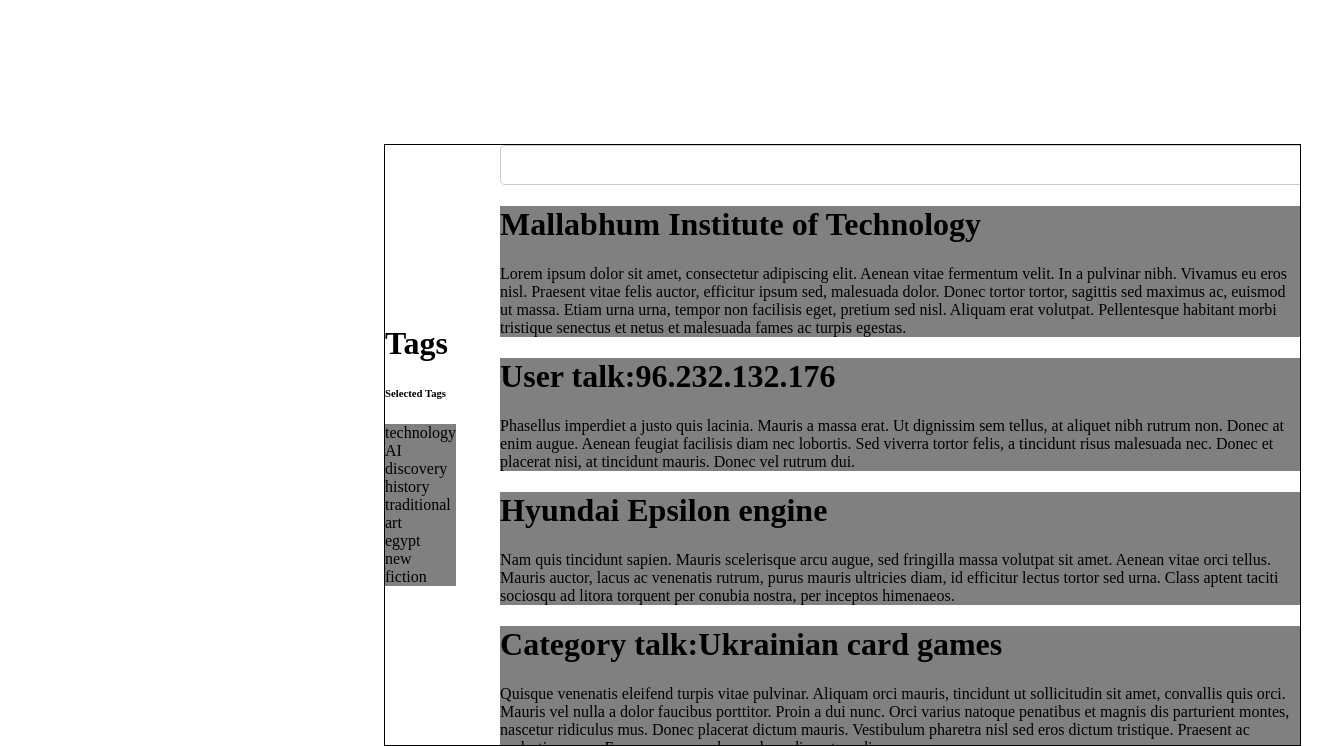
Repository: KelaiAffaf/bridger
Page: /
The author's editor kept a copy of each file at every save. The page is drawn from the files as they stood at one save, then again after a run of saves.
The browser window is 1280 px wide. The page is 1301 px wide, then 1333 px, so the pictures cover 1333 px, including what lies to the right of the window. The pictures show the whole page.
An inner scrolling area shows only its first screen. The project was rebuilt for these pictures with package versions that can differ from the ones it lists, and the page was loaded fresh each time. Also part of the build but not shown: vite.config.js.

Above is the page before, as saved 2023-06-08 11:28:52.

After the next 8 saves:
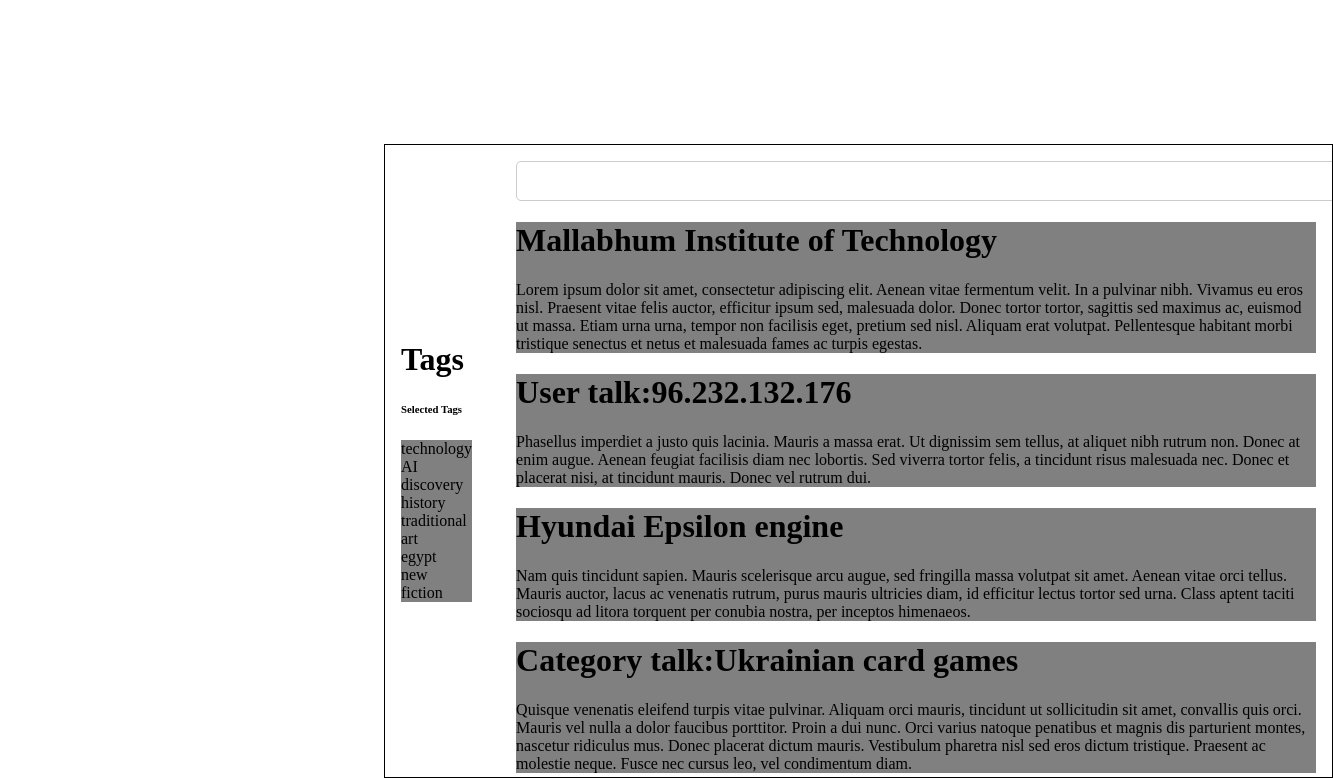
The 8 saves are shown as one change because they came seconds apart.
The last was saved 21 s later.
--- a/src/App.jsx
+++ b/src/App.jsx
@@ -37,6 +37,7 @@
       position: "absolute",
       top: "20%",
       left: "30%",
+      padding:"16px"
     }}
       >
       <div>
